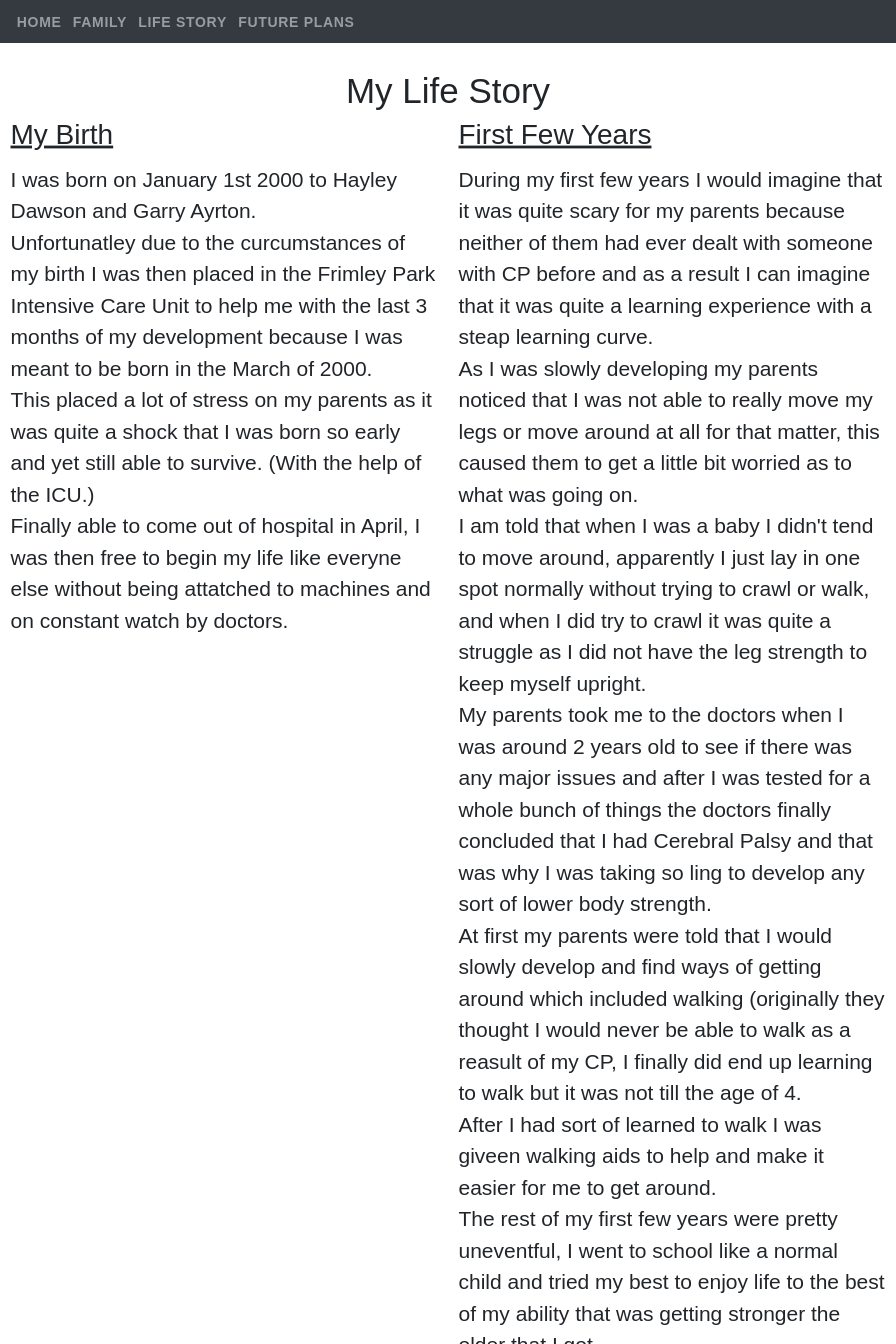
Repository: Code-Institute-Submissions/user-centric-frontend-dev-milestone-project
Page: story.html
The author's editor kept a record of every edit. The page is drawn from the files as they stood at one moment, then again after the next edit.
The browser window is 1280 px wide. The pictures show the part of the page from y = 0 to 1920 px (the page is 5471 px tall before and 6011 px after), at 70% of full size.
Some web fonts or font styles are not loaded; a fallback is used.

Above is the page before.

### story.html
<!DOCTYPE html>
<html lang="en">

<head>
    <meta charset="UTF-8">
    <meta name="viewport" content="width=device-width, initial-scale=1.0">
    <meta http-equiv="X-UA-Compatible" content="ie=edge">
    <link rel="stylesheet" href="assets/css/style.css" type="text/css" />
    <link rel="stylesheet" href="https://stackpath.bootstrapcdn.com/font-awesome/4.7.0/css/font-awesome.min.css" type="text/css" />
    <link rel="stylesheet" href="https://stackpath.bootstrapcdn.com/bootstrap/4.3.1/css/bootstrap.min.css" type="text/css" />
    <title>Will Penrose Autobiography</title>
</head>

<body>
    <header>
        <!--------------------------------------NAVBAR----------------------------->

        <nav class="navbar navbar-expand-sm navbar-dark bg-dark fixed-top text-uppercase">
            <button class="navbar-toggler" data-toggle="collapse" data-target="#collapse_target">
                <span class="navbar-toggler-icon"></span>
            </button>
            <div class="collapse navbar-collapse" id="collapse_target">
                <ul class="navbar-nav">
                    <li class="nav-item">
                        <a class="nav-link" href="index.html">Home</a>
                    </li>
                    <li class="nav-item">
                        <a class="nav-link" href="family.html">Family</a>
                    </li>
                    <li class="nav-item">
                        <a class="nav-link" href="story.html">Life Story</a>
                    </li>
                    <li class="nav-item">
                        <a class="nav-link" href="plans.html">Future Plans</a>
                    </li>
                </ul>
            </div>
        </nav>

        <section class="story">
            <div class="container-fluid">
                <div class="row">
                    <div class="col-12">
                        <h1 class="story-heading">My Life Story</h1>
                    </div>
                </div>
                <div class="row">
                    <div class="col-lg-6">
                        <h3 class="birth-subheading">My Birth</h3>
                        <p class="story-paragraphs inline-block">
                            I was born on January 1st 2000 to Hayley Dawson and Garry Ayrton.<br> Unfortunatley due to the curcumstances of my birth I was then placed in the Frimley Park Intensive Care Unit to help me with the last 3 months of my development
                            because I was meant to be born in the March of 2000. <br> This placed a lot of stress on my parents as it was quite a shock that I was born so early and yet still able to survive. (With the help of the ICU.)<br> Finally able
                            to come out of hospital in April, I was then free to begin my life like everyne else without being attatched to machines and on constant watch by doctors.<br>
                        </p>
                    </div>
                    <div class="col-lg-6">
                        <h3 class="years-subheading">First Few Years</h3>
                        <p class="story-paragraphs inline-block">
                            During my first few years I would imagine that it was quite scary for my parents because neither of them had ever dealt with someone with CP before and as a result I can imagine that it was quite a learning experience with a steap learning curve.<br>                            As I was slowly developing my parents noticed that I was not able to really move my legs or move around at all for that matter, this caused them to get a little bit worried as to what was going on.<br> I am told that when I
                            was a baby I didn't tend to move around, apparently I just lay in one spot normally without trying to crawl or walk, and when I did try to crawl it was quite a struggle as I did not have the leg strength to keep myself upright.<br>                            My parents took me to the doctors when I was around 2 years old to see if there was any major issues and after I was tested for a whole bunch of things the doctors finally concluded that I had Cerebral Palsy and that was why
                            I was taking so ling to develop any sort of lower body strength.<br> At first my parents were told that I would slowly develop and find ways of getting around which included walking (originally they thought I would never be
                            able to walk as a reasult of my CP, I finally did end up learning to walk but it was not till the age of 4.<br> After I had sort of learned to walk I was giveen walking aids to help and make it easier for me to get around.<br>                            The rest of my first few years were pretty uneventful, I went to school like a normal child and tried my best to enjoy life to the best of my ability that was getting stronger the older that I got.
                        </p>
                    </div>
                    <div class="col-lg-6">
                        <h3 class="leading-subheading">Leading up to 10 Years Old</h3>
                        <p class="story-paragraphs inline-block">
                            As I said before the rest of my first few years were pretty average, that is untill I got to around the age of 7, when I reached the age of 7 things started to change for me in quite a big way.<br> To cut a long story short,
                            when I was around 7 my Mum was arrested right in front of me and set to prison for 10 or so years for possesion of a Class A substance with intent to supply.<br> When this happened my entire life was turned upside down basiclly
                            overnight... TBC
                        </p>
                    </div>
                    <div class="col-lg-6">
                        <h3 class="teen-subheading">Teenage Years</h3>
                        <p class="story-paragraphs inline-block">
                            My teeage years are quite a long story too but I will try my best to condence it down.<br>
                            Starting out with being 13 it was the year that started me out on the path that would eventually turn me into the person that I am today.<br>
                            So from the age of 7 up until I was 13 I had been living with my Step-Dad Marten after my Mum Hayley went to prison, the time that I was living with my Dad were easily the best years of my childhood,
                            my Dad always looked after and cared for me like I was his own and I owe a lot of the kind of person that I am today to my Dad.<br>
                            I got to do some really amazing things while living with my Dad like go to America and explore New York City, my Dad taught me to ride a pushbike, he even taught me to ride a
                            Motorcrossbike and how to do things like build fires outside.<br>
                            My Dad always pushed me to be the best version of myself.<br>
                            But unfortunatley when I was 13 I thought that I was big and clever and I moved out of my Dad's to go and live back with my Mum who had supposedly sorted herself out and was out of prison
                            at this point, so when she offered for me to go and live with her again I jumped at the chance, (this is a decision that I would very quickly come to regret.)<br>
                            So from the ages of 13 to 15 I lived back with my Mum, from day 1 I started to think that I had made a bad choice because it was not like I had imagined it, I like to think of it as a case
                            of me thinking that the grass waas greener on the other side of the fence but it wasn't, if anything the grass was darker on the other side of the fence.<br>
                            So at the age of 15 I decided to move out of my Mum's house and move on, so I packed up all that I could carry and made for my school.<br>
                            When finally at my school I was able to get some help with moving on and before I new it I was going to stay with my Auntie and that was that, finally after 2 years of not feeling like myself I
                            began to feel good again, I then spent the next month at my Aunties trying to get myself back on my feet.<br>
                            I was able to get myself on to a hpusing list and then I moved into shared accomodation with live in landlords where Iwould spend the next 2 years, slowly learning to live and survive on my
                            own.
                        </p>
                    </div>
                    <div class="col-lg-6">
                        <h3 class="present-subheading">The Present</h3>
                        <p class="story-paragraphs inline-block">
                            This more or less brings us to the Present Day.<br>
                            At this moment in time I am really happy with where I am and how I am feeling, I am living in a different shared accomodation that I was before, with this accomodation I am free to do as I
                            please and focus on anything that I please.<br>
                            I am currently working at CurrysPCWorld and during my free time I am teaching myself guitar and along side that I am taking the Code Institute Online Fullstack Web Developer Course which
                            I hope to complete and use as a basis for a career in Software Development in the future.
                        </p>
                    </div>
                </div>
            </div>
        </section>
        <!--------------------------------------FOOTER----------------------------->
        <footer>
            <div class="container-fluid">
                <div class="row">
                    <div class="col-sm-4 footer-paragraph">
                        <h4 class="footer-section text-uppercase">Email Me:</h4>
                        <p>
                            Want to get into contact with me?<br> Click the evelope and fill out the contact me form:
                            <br>
                            <a href="contact.html" target="_blank">
                            <i class="fa fa-at email" aria-hidden="true"></i>
                            <span class="sr-only">Email</span>
                        </a>
                        </p>
                    </div>
                    <div class="col-sm-4 footer-paragraph">
                        <h4 class="footer-section text-uppercase social-links">GitHub</h4>
                        <p>
                            Want to see how I made this website a long with my other projects? Feel free to browse my GitHub!
                            <br>
                            <a href="#" target="_blank">
                            <i class="fa fa-github" aria-hidden="true"></i>
                            <span class="sr-only">GitHub</span>
                        </a>
                        </p>
                    </div>
                    <div class="col-sm-4 footer-paragraph">
                        <h4 class="footer-section text-uppercase">Socials</h4>
                        <ul class="list-inline social-links">
                            <li class="list-inline-item">
                                <a href="#" target="_blank">
                                <i class="fa fa-facebook" aria-hidden="true"></i>
                                <span class="sr-only">Facebook</span>
                            </a>
                            </li>
                            <li class="list-inline-item">
                                <a href="#" target="_blank">
                                <i class="fa fa-twitter" aria-hidden="true"></i>
                                <span class="sr-only">Twitter</span>
                            </a>
                            </li>
                            <li class="list-inline-item">
                                <a href="#" target="_blank">
                                <i class="fa fa-instagram" aria-hidden="true"></i>
                                <span class="sr-only">Instagram</span>
                            </a>
                            </li>
                            <li class="list-inline-item">
                                <a href="#" target="_blank">
                                <i class="fa fa-snapchat" aria-hidden="true"></i>
                                <span class="sr-only">Snapchat</span>
                            </a>
                            </li>
                        </ul>
                    </div>
                </div>
            </div>
        </footer>
</body>

</html>

Loaded but not shown: assets/css/style.css (175 lines, source omitted)

After the next edit:
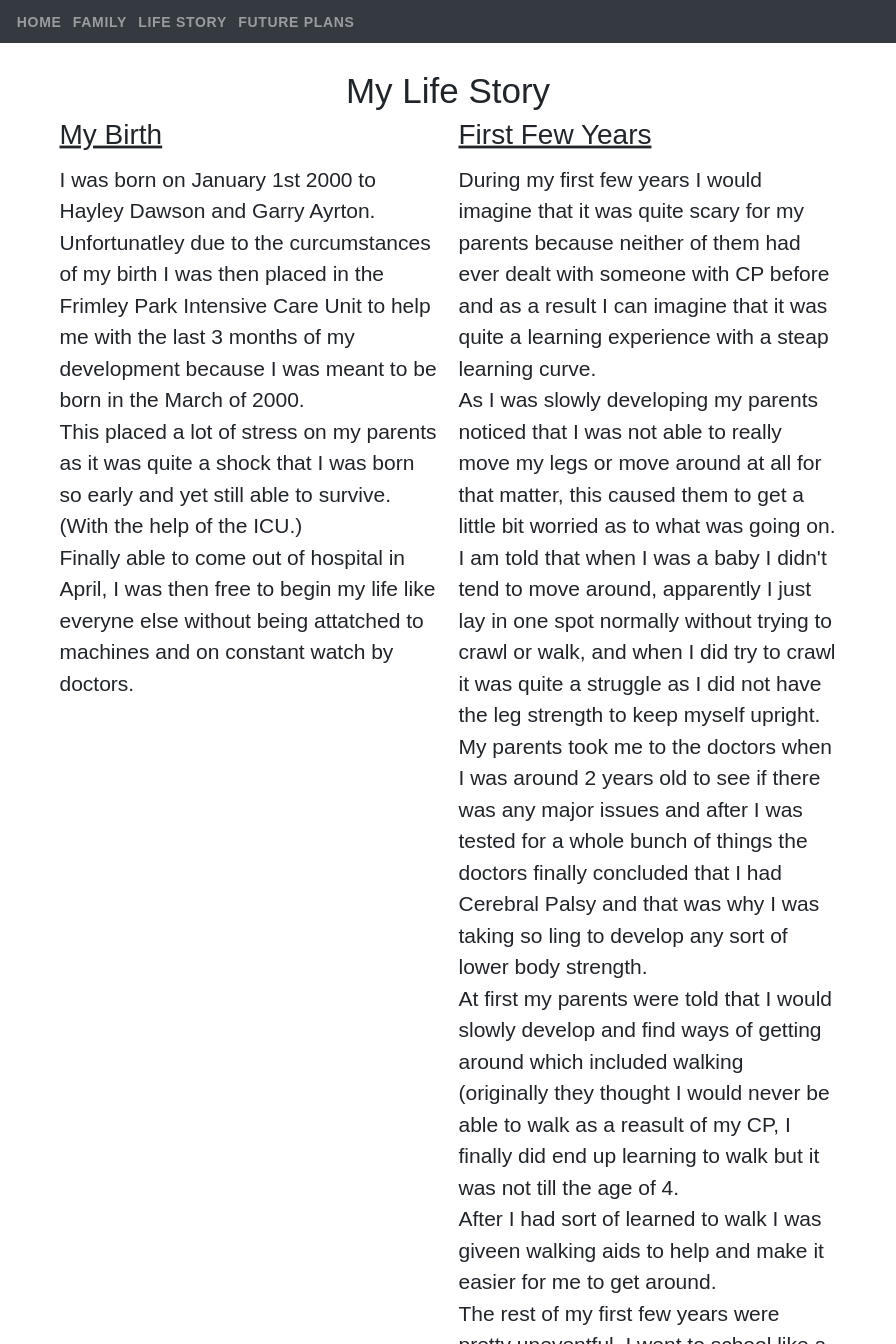
The edit:
--- a/story.html
+++ b/story.html
@@ -38,7 +38,7 @@
         </nav>
 
         <section class="story">
-            <div class="container-fluid">
+            <div class="container">
                 <div class="row">
                     <div class="col-12">
                         <h1 class="story-heading">My Life Story</h1>

After the 6 edits that followed:
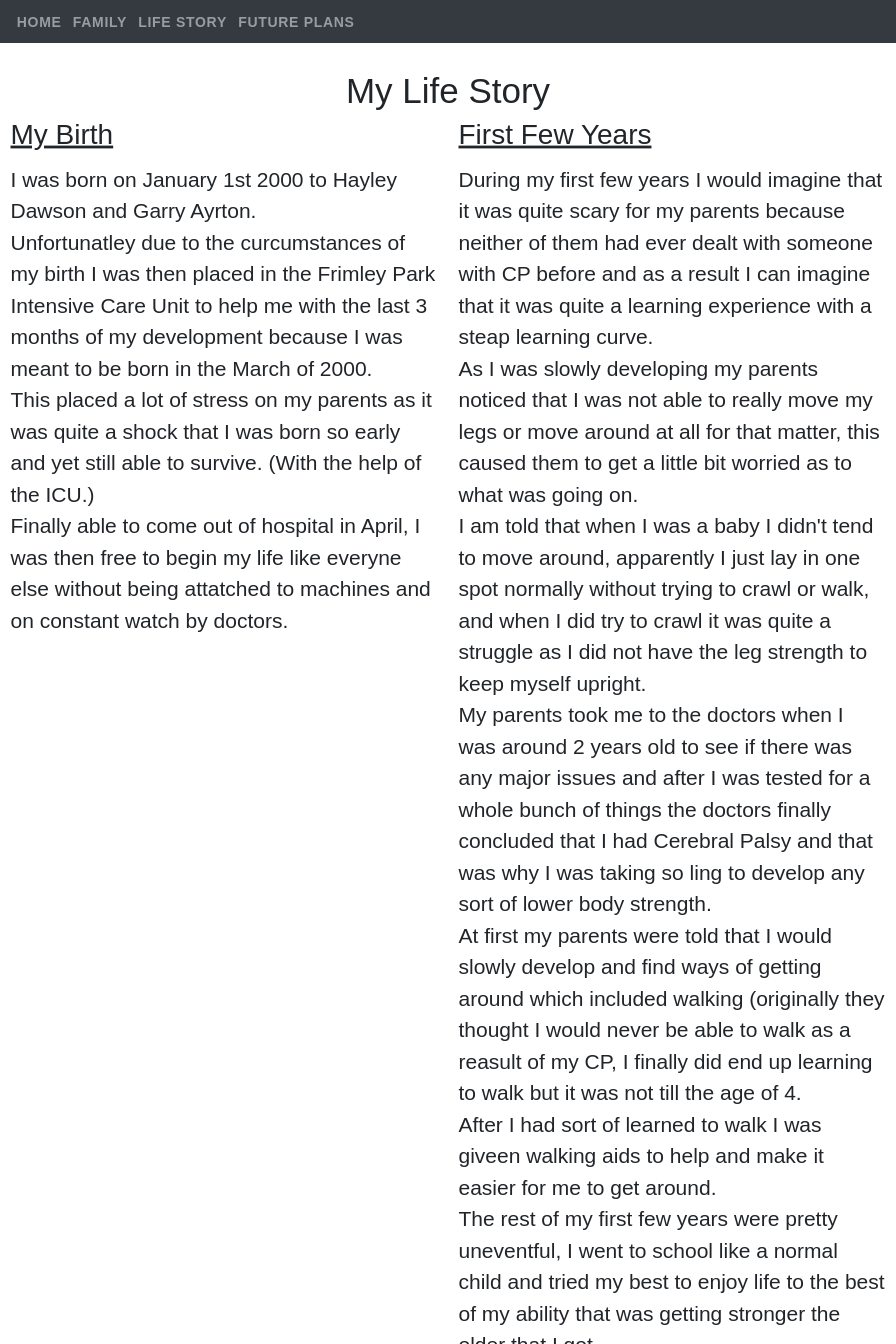
The 6 edits are shown as one change because 5 left the picture as it was.
The edit:
--- a/story.html
+++ b/story.html
@@ -38,7 +38,7 @@
         </nav>
 
         <section class="story">
-            <div class="container">
+            <div class="container-fluid">
                 <div class="row">
                     <div class="col-12">
                         <h1 class="story-heading">My Life Story</h1>
@@ -47,7 +47,7 @@
                 <div class="row">
                     <div class="col-lg-6">
                         <h3 class="birth-subheading">My Birth</h3>
-                        <p class="story-paragraphs inline-block">
+                        <p class="story-paragraphs">
                             I was born on January 1st 2000 to Hayley Dawson and Garry Ayrton.<br> Unfortunatley due to the curcumstances of my birth I was then placed in the Frimley Park Intensive Care Unit to help me with the last 3 months of my development
                             because I was meant to be born in the March of 2000. <br> This placed a lot of stress on my parents as it was quite a shock that I was born so early and yet still able to survive. (With the help of the ICU.)<br> Finally able
                             to come out of hospital in April, I was then free to begin my life like everyne else without being attatched to machines and on constant watch by doctors.<br>
@@ -55,7 +55,7 @@
                     </div>
                     <div class="col-lg-6">
                         <h3 class="years-subheading">First Few Years</h3>
-                        <p class="story-paragraphs inline-block">
+                        <p class="story-paragraphs">
                             During my first few years I would imagine that it was quite scary for my parents because neither of them had ever dealt with someone with CP before and as a result I can imagine that it was quite a learning experience with a steap learning curve.<br>                            As I was slowly developing my parents noticed that I was not able to really move my legs or move around at all for that matter, this caused them to get a little bit worried as to what was going on.<br> I am told that when I
                             was a baby I didn't tend to move around, apparently I just lay in one spot normally without trying to crawl or walk, and when I did try to crawl it was quite a struggle as I did not have the leg strength to keep myself upright.<br>                            My parents took me to the doctors when I was around 2 years old to see if there was any major issues and after I was tested for a whole bunch of things the doctors finally concluded that I had Cerebral Palsy and that was why
                             I was taking so ling to develop any sort of lower body strength.<br> At first my parents were told that I would slowly develop and find ways of getting around which included walking (originally they thought I would never be
@@ -64,7 +64,7 @@
                     </div>
                     <div class="col-lg-6">
                         <h3 class="leading-subheading">Leading up to 10 Years Old</h3>
-                        <p class="story-paragraphs inline-block">
+                        <p class="story-paragraphs">
                             As I said before the rest of my first few years were pretty average, that is untill I got to around the age of 7, when I reached the age of 7 things started to change for me in quite a big way.<br> To cut a long story short,
                             when I was around 7 my Mum was arrested right in front of me and set to prison for 10 or so years for possesion of a Class A substance with intent to supply.<br> When this happened my entire life was turned upside down basiclly
                             overnight... TBC
@@ -72,7 +72,7 @@
                     </div>
                     <div class="col-lg-6">
                         <h3 class="teen-subheading">Teenage Years</h3>
-                        <p class="story-paragraphs inline-block">
+                        <p class="story-paragraphs">
                             My teeage years are quite a long story too but I will try my best to condence it down.<br>
                             Starting out with being 13 it was the year that started me out on the path that would eventually turn me into the person that I am today.<br>
                             So from the age of 7 up until I was 13 I had been living with my Step-Dad Marten after my Mum Hayley went to prison, the time that I was living with my Dad were easily the best years of my childhood,
@@ -93,7 +93,7 @@
                     </div>
                     <div class="col-lg-6">
                         <h3 class="present-subheading">The Present</h3>
-                        <p class="story-paragraphs inline-block">
+                        <p class="story-paragraphs">
                             This more or less brings us to the Present Day.<br>
                             At this moment in time I am really happy with where I am and how I am feeling, I am living in a different shared accomodation that I was before, with this accomodation I am free to do as I
                             please and focus on anything that I please.<br>
